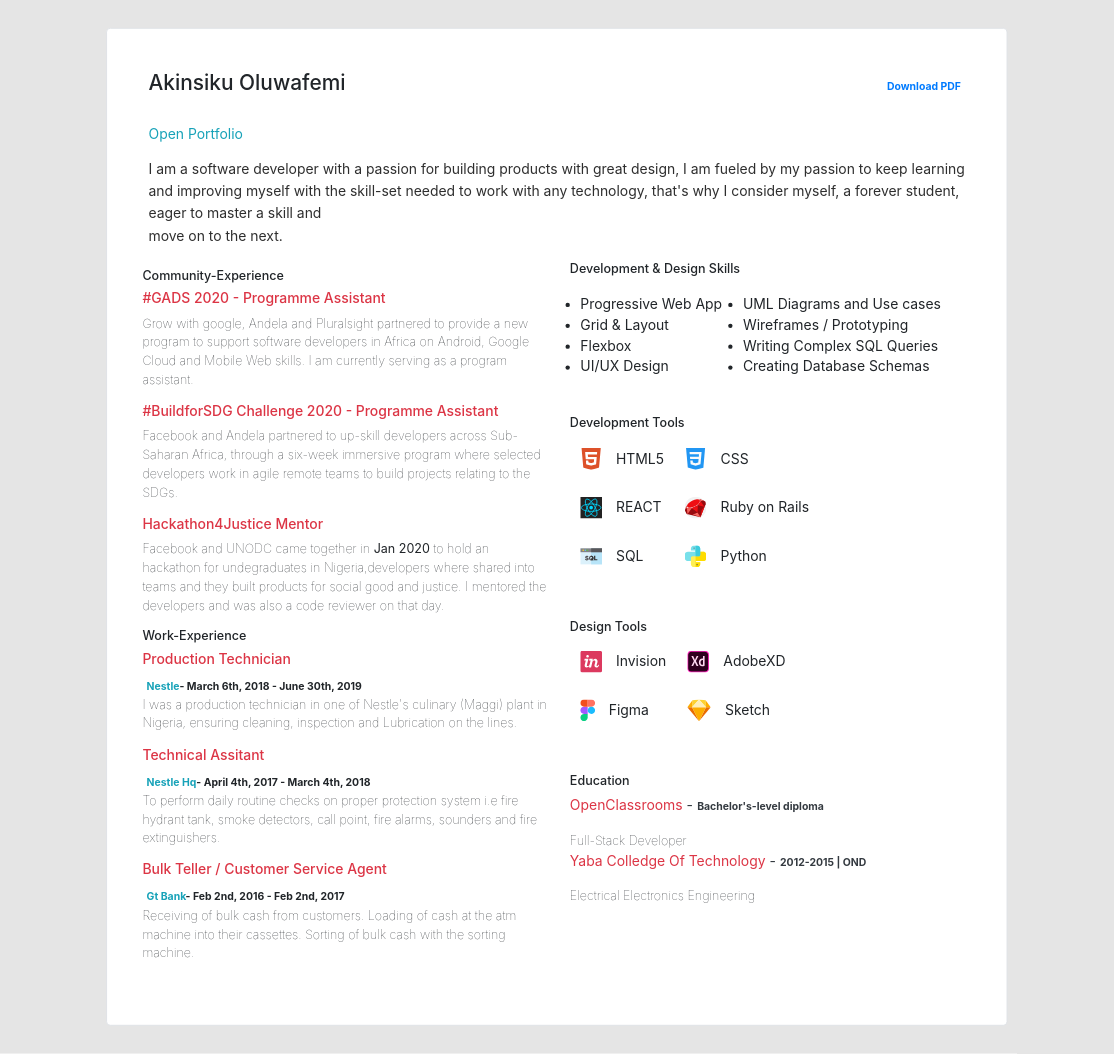
Repository: akinsikuoluwafemi/resume
Page: index.html
The author's editor kept a copy of each file at every save. The page is drawn from the files as they stood at one save, then again after the next save.
The browser window is 1280 px wide. The pictures show the whole page, at 87% of full size.
The style sheet was rebuilt from its Sass, Less or Tailwind sources for each picture, by a compiler version that may differ from the author's.

Above is the page before, as saved 2020-08-03 19:25:01.

After the next save:
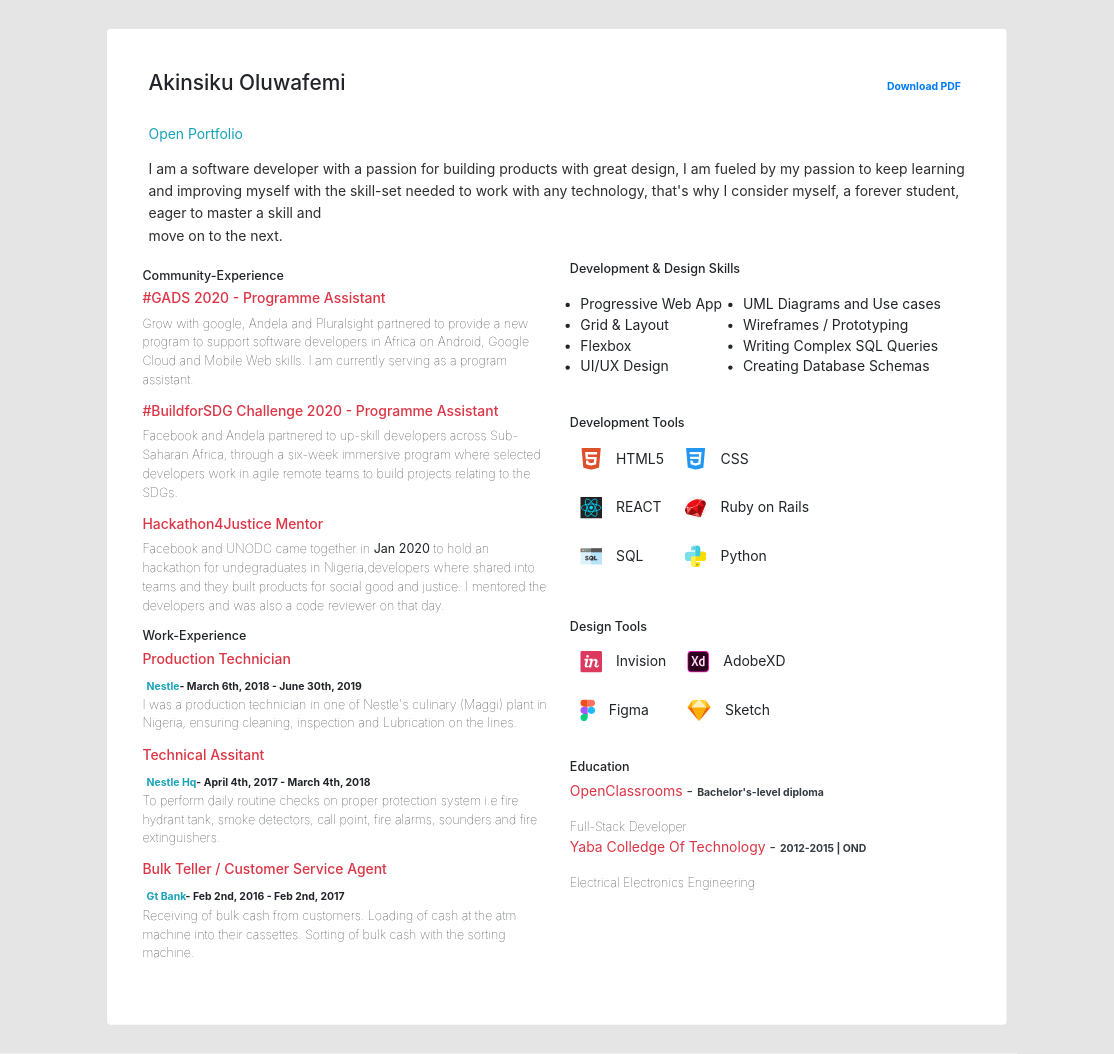
Saved 7 min 14 s later.
--- a/resume.scss
+++ b/resume.scss
@@ -33,7 +33,7 @@
 .item {
 
      &__contain {
-        margin-bottom: 1rem!important;
+        // margin-bottom: 1rem!important;
         // background: red;
     }
 
